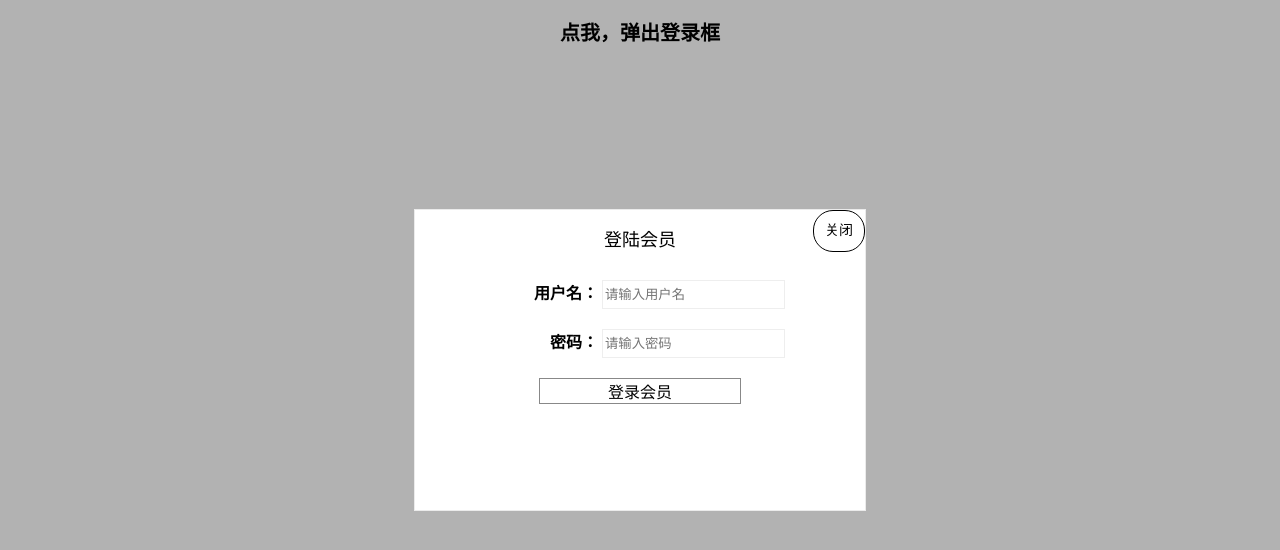
Repository: szl156/class
Page: review/javascript/test/test.html
The author's editor kept a copy of each file at every save. The page is drawn from the files as they stood at one save, then again after the next save.
The browser window is 1280 px wide. The pictures show the whole page.

Above is the page before, as saved 2022-07-25 17:16:15.

After the next save:
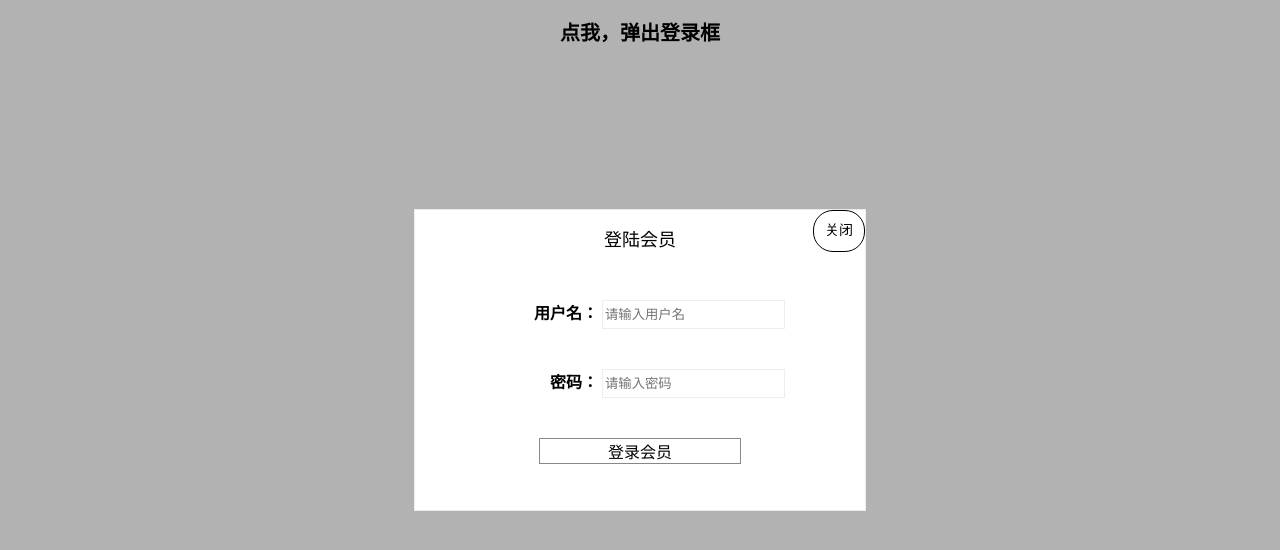
Saved 11 s later.
--- a/review/javascript/test/test.html
+++ b/review/javascript/test/test.html
@@ -57,7 +57,7 @@
 
         .login-input {
             text-align: right;
-            margin: 20px 80px;
+            margin: 40px 80px;
             font-weight: 800;
         }
 
